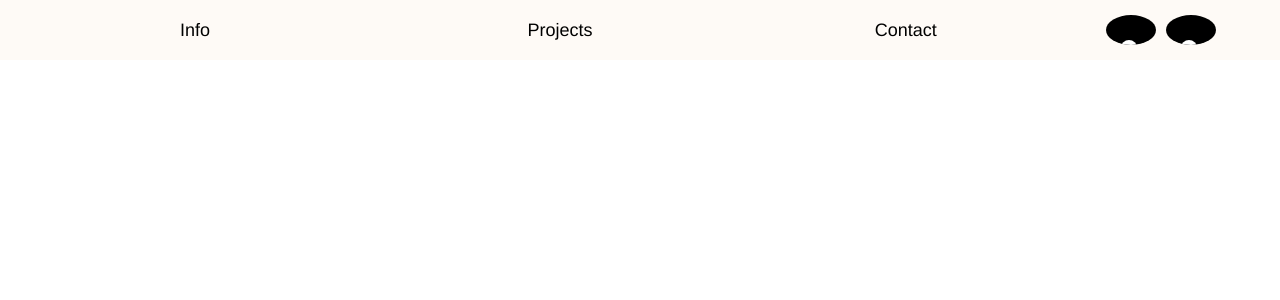
Repository: jinghuai8092/personal_website
Page: /
These files come from the project's save history. The page is drawn as it stood at one moment and after the next save; the edit follows.
The browser window is 1280 px wide. The pictures show the whole page.
The project was rebuilt for these pictures with package versions that can differ from the ones it lists, and the page was loaded fresh each time.

Above is the page before, as saved 2021-09-09 20:53:31.

After the next save:
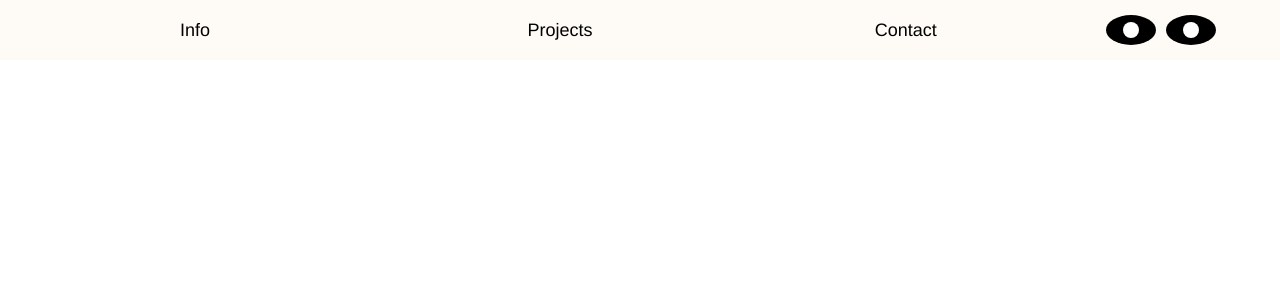
Saved 16 s later.
--- a/src/common/header/header.module.css
+++ b/src/common/header/header.module.css
@@ -53,6 +53,6 @@
     height: 16px;
     border-radius: 50%;
     position:absolute;
-    top: 25px;
-    left: 15px;
+    top: 7px;
+    left: 17px;
 }
